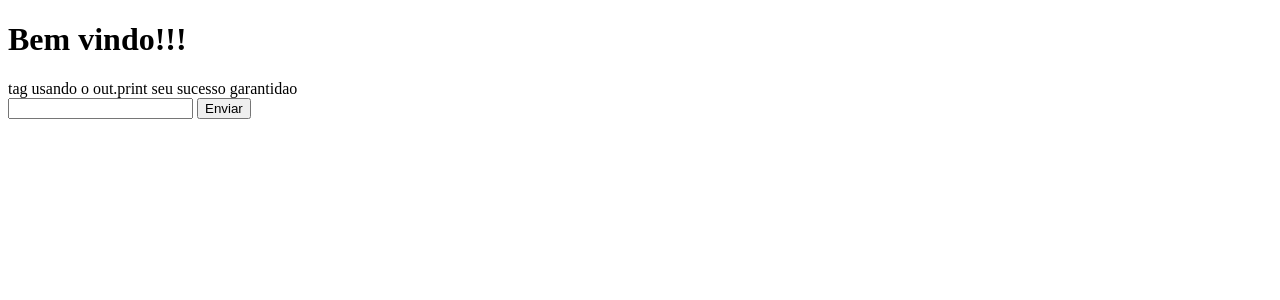
Repository: ClaytonEduard/cursojdev
Page: http://localhost/curso-jsp/
These files come from the project's save history. The page is drawn as it stood at one moment and after the next save; the edit follows.
The browser window is 1280 px wide. The pictures show the whole page.
The page is served by Tomcat 9.

Above is the page before, as saved 2020-06-17 15:30:47.

After the next save:
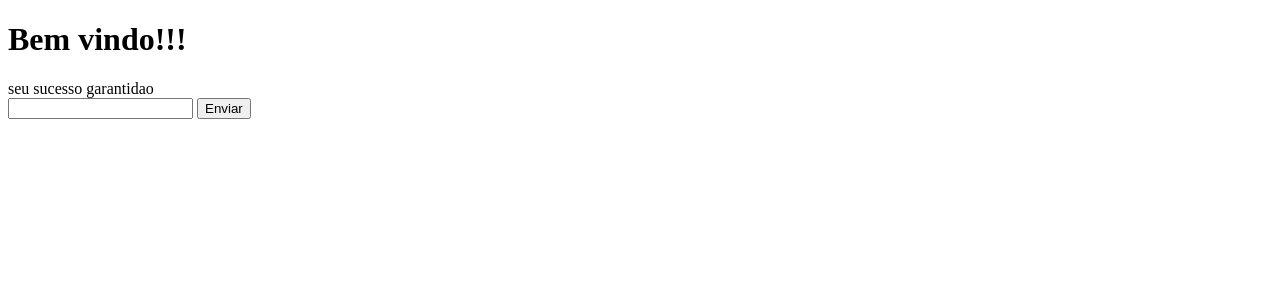
Saved 6 s later.
--- a/curso-jsp/WebContent/index.jsp
+++ b/curso-jsp/WebContent/index.jsp
@@ -9,9 +9,6 @@
 </head>
 <body>
  <h1>Bem vindo!!!</h1>
-
- tag usando o out.print
-
  <!--  tag usando o out.print  -->
 <%--  <% out.print("seu sucesso garantido"); --%>
 <%--  %> --%>
